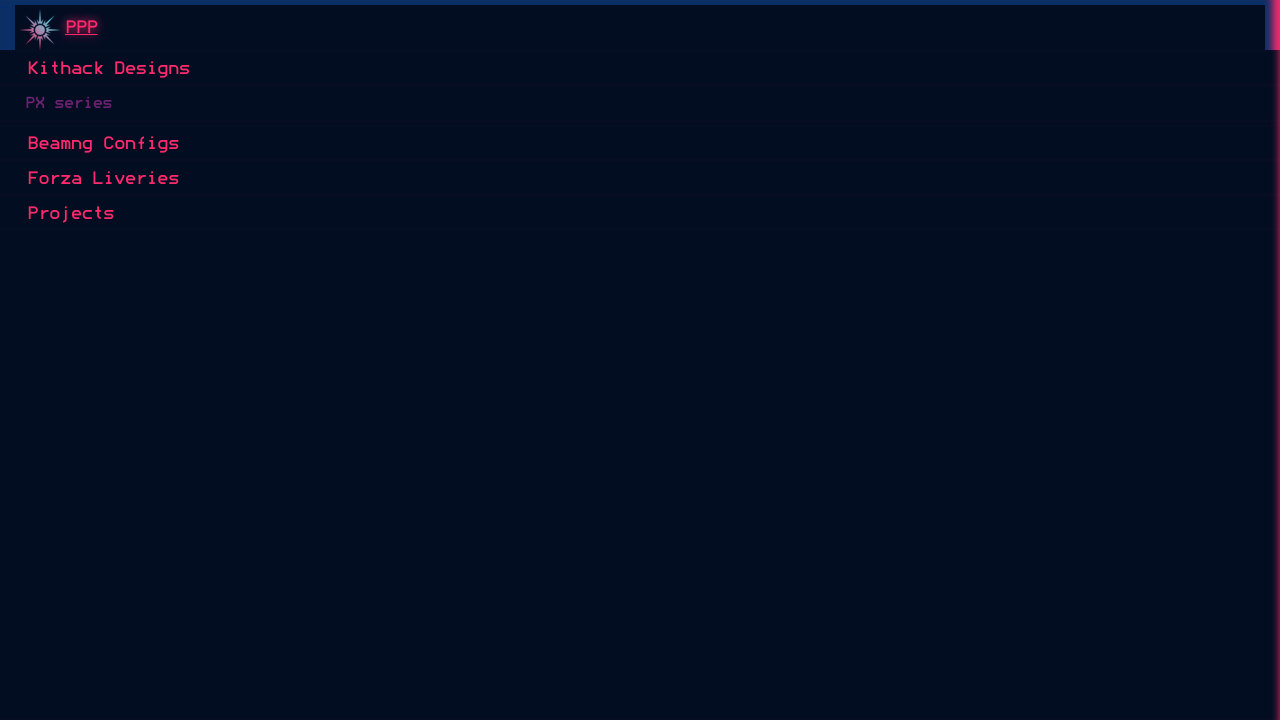
Repository: Pamishly/PamishlysPlayPlace
Page: navbar.html
An editor plug-in stored every save of this project. The page is shown before and after the next save, followed by the edit.
The browser window is 1280 px wide. The pictures show the whole page.
The first `#kithack` is checked.

Above is the page before, as saved 2024-09-11 21:22:49.

After the next save:
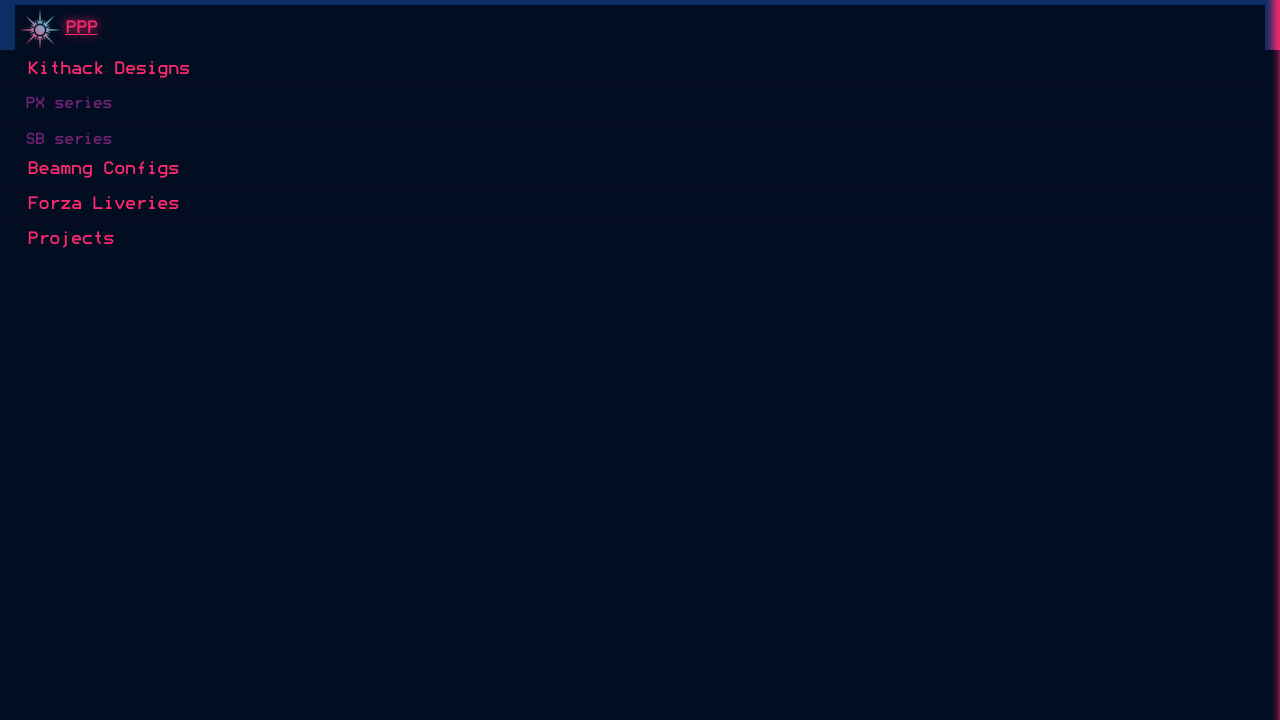
Saved 7 s later.
--- a/main.css
+++ b/main.css
@@ -139,7 +139,7 @@
     height: 163px;
 }
 #kithack:checked + li {
-    height: 75px;
+    height: 100px;
 }
 #projects:checked + li {
     height: 67px;
